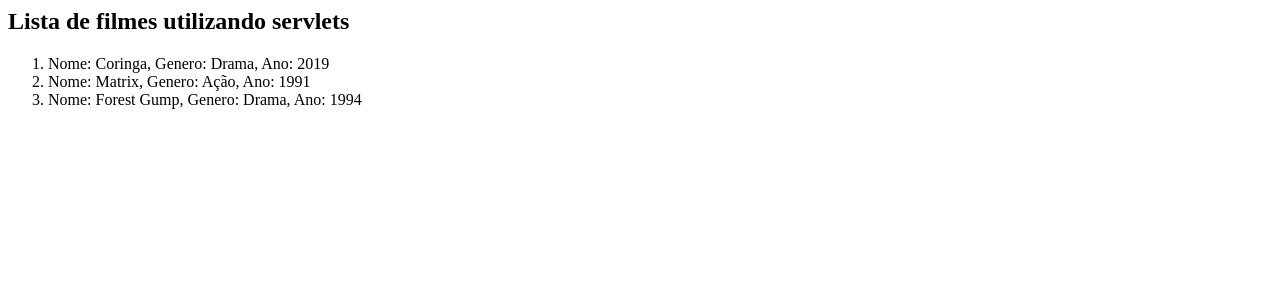
Repository: RodrigoModesto33/Estudos-JavaWeb
Page: http://localhost/CatalogoDeFilmes/filme
These files come from the project's save history. The page is drawn as it stood at one moment and after a run of saves; the edit follows.
The browser window is 1280 px wide. The pictures show the whole page.
The page is served by Tomcat 9. Other server files are loaded and not shown.

Above is the page before, as saved 2021-02-21 20:58:11.

### CatalogoDeFilmes/src/br/com/lead/servlet/FilmeServlet.java
package br.com.lead.servlet;

import java.io.IOException;
import java.io.PrintWriter;
import java.util.ArrayList;

import javax.servlet.ServletException;
import javax.servlet.ServletRequest;
import javax.servlet.ServletResponse;
import javax.servlet.annotation.WebServlet;
import javax.servlet.http.HttpServlet;

import br.com.lead.model.Filme;

@WebServlet("/filme")
public class FilmeServlet extends HttpServlet{

	@Override
	public void service(ServletRequest req, ServletResponse res) throws ServletException, IOException {
	Filme coringa = new Filme("Coringa", "Drama", 2019);
	Filme matrix= new Filme("Matrix", "Ação", 1991);
	Filme forestGump = new Filme("Forest Gump", "Drama", 1994);

	ArrayList<Filme> filmes = new ArrayList<Filme>();
	filmes.add(coringa);
	filmes.add(matrix);
	filmes.add(forestGump);

	String genero = req.getParameter("genero");

	res.setContentType("text/HTML");
	PrintWriter out = res.getWriter();
	out.println("<h2>Lista de filmes utilizando servlets</h2>");

	out.println("<ol>");

	filmes.forEach(filme -> {
		out.println(String.format("<li> Nome: %s,", filme.getNome()));
		out.println(String.format("Genero: %s,", filme.getGenero()));
		out.println(String.format("Ano: %s</li>", filme.getAno()));
	});

	out.println("</ol>");
	out.close();
	}
}

After the next 2 saves:
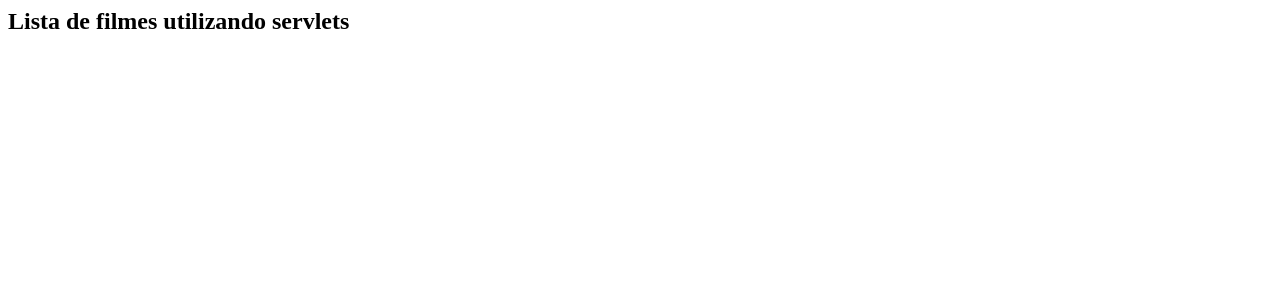
The 2 saves are shown as one change because 1 did not build or start.
The last was saved 117 s later.
--- a/CatalogoDeFilmes/src/br/com/lead/servlet/FilmeServlet.java
+++ b/CatalogoDeFilmes/src/br/com/lead/servlet/FilmeServlet.java
@@ -34,7 +34,7 @@
 
 	out.println("<ol>");
 
-	filmes.forEach(filme -> {
+	filmes.stream().filter(filme -> filme.getGenero().equalsIgnoreCase(genero)).forEach(filme -> {
 		out.println(String.format("<li> Nome: %s,", filme.getNome()));
 		out.println(String.format("Genero: %s,", filme.getGenero()));
 		out.println(String.format("Ano: %s</li>", filme.getAno()));
